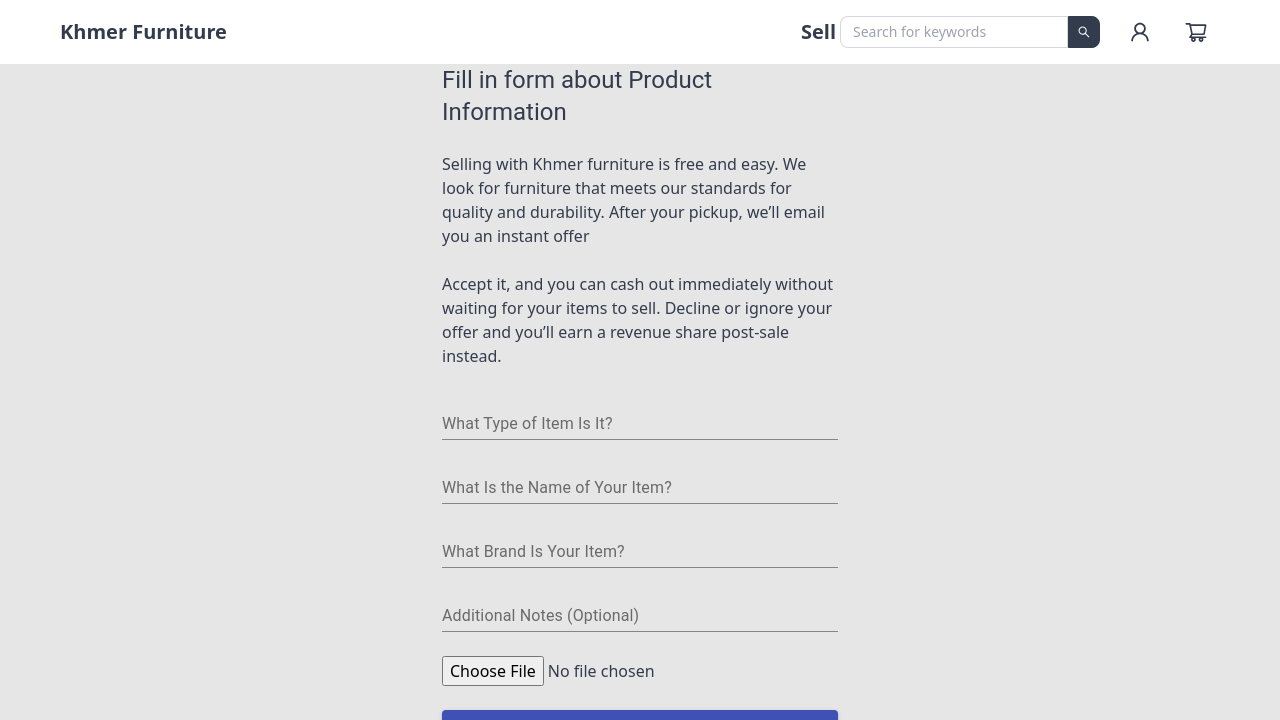
Repository: PlayerNguyen/dotot-shop
Page: /sell (app in client/)
These files come from the project's save history. The page is drawn as it stood at one moment and after the next save; the edit follows.
The browser window is 1280 px wide. The pictures show the whole page.
An inner scrolling area shows only its first screen. The project was rebuilt for these pictures with package versions that can differ from the ones it lists, and the page was loaded fresh each time. Also part of the build but not shown: client/src/components/NoMatch/NoMatch.jsx, client/src/components/Sell/UserDetails.js, client/src/components/Sell/Confirmation.js, client/src/components/Sell/Success.js.

Above is the page before, as saved 2022-12-08 13:12:09.

### client/src/index.html
<!DOCTYPE html>
<html lang="en" data-theme="emerald">
  <head>
    <meta charset="UTF-8" />
    <meta http-equiv="X-UA-Compatible" content="IE=edge" />
    <meta name="viewport" content="width=device-width, initial-scale=1.0" />
    <title>dotot.com - Nơi mua bán đồ cũ</title>
    <link rel="stylesheet" href="./index.css" />
  </head>
  <body>
    <div id="app"></div>

    <script src="./index.js" type="module"></script>
  </body>
</html>

### client/src/index.js
import React, { Suspense } from "react";
import client from "react-dom/client";
import { BrowserRouter } from "react-router-dom";
import App from "./App";
import "./index.css";
const appElement = document.getElementById("app");
let root = client.createRoot(appElement);
import { Provider } from "react-redux";
import { store } from "./stores/globalStore";

root.render(
  <React.StrictMode>
    <BrowserRouter>
      <Provider store={store}>
        <App />
      </Provider>
    </BrowserRouter>
  </React.StrictMode>
);

### client/src/App.jsx
import React, { Suspense } from "react";
import { ToastContainer } from "react-toastify";
import { Link, Route, Routes } from "react-router-dom";
const Home = React.lazy(() => import("./components/Home/Home"));
const Credentials = React.lazy(() =>
  import("./components/Credentials/Credentials")
);
import "react-toastify/dist/ReactToastify.css";
const SignUp = React.lazy(() => import("./components/Credentials/SignUp"));
const SignIn = React.lazy(() => import("./components/Credentials/SignIn"));
import Navbar from "./components/Navbar/Navbar";
const SignOut = React.lazy(() => import("./components/Credentials/SignOut"));
const CredentialSelection = React.lazy(() =>
  import("./components/Credentials/CredentialSelection")
);

import NoMatch from "./components/NoMatch/NoMatch";
import Footer from "./components/Footer/Footer";

const Product = React.lazy(() => import("./components/Product/Product"));
const ProductView = React.lazy(() =>
  import("./components/Product/ProductView")
);
const Profile = React.lazy(() => import("./components/Profile/Profile"));
const ProfileGeneral = React.lazy(() =>
  import("./components/Profile/ProfileGeneral")
);
const RequestSignedIn = React.lazy(() =>
  import("./components/RequestSignedIn/RequestSignedIn")
);

import { AiFillHome, AiOutlineUser } from "react-icons/ai";
const Checkout = React.lazy(() => import("./components/Checkout/Checkout"));

import Sell from "./components/Sell/Sell";

export default function App() {
  return (
    <div className="drawer bg-base-200">
      <input id="app-drawer" type="checkbox" className="drawer-toggle" />

      <div className="drawer-content flex flex-col">
        {/* Navbar */}
        <Suspense>
          <Navbar />
        </Suspense>

        {/* Render home */}
        <Routes>
          <Route path="/">
            <Route
              index
              element={
                <Suspense>
                  <Home />
                </Suspense>
              }
            />
            <Route
              path="/users"
              element={
                <Suspense>
                  <Credentials />
                </Suspense>
              }
            >
              {/* TODO: check whether user is logged in or not, to put current */}
              <Route
                index
                element={
                  <Suspense>
                    <CredentialSelection />
                  </Suspense>
                }
              />
              <Route
                path="/users/sign-up"
                element={
                  <Suspense>
                    <SignUp />
                  </Suspense>
                }
              />
              <Route
                path="/users/sign-in"
                element={
                  <Suspense>
                    <SignIn />
                  </Suspense>
                }
              />
              <Route path="/users/sign-out" element={<SignOut />} />
            </Route>
            <Route
              path="/products"
              element={
                <Suspense>
                  <Product />
                </Suspense>
              }
            >
              <Route
                path=":productId"
                element={
                  <Suspense>
                    <ProductView />
                  </Suspense>
                }
              />
            </Route>
            <Route
              element={
                <Suspense>
                  <RequestSignedIn />
                </Suspense>
              }
            >
              <Route
                path="/profile"
                element={
                  <Suspense>
                    <Profile />
                  </Suspense>
                }
              >
                <Route
                  path="/profile/general"
                  element={
                    <Suspense>
                      <ProfileGeneral />
                    </Suspense>
                  }
                />
              </Route>
            </Route>
            <Route
              path="/checkout"
              element={
                <Suspense>
                  <Checkout />
                </Suspense>
              }
            ></Route>
            <Route path="/sell" element={<Sell />} />
            <Route path="*" element={<NoMatch />} />
          </Route>
        </Routes>

        {/* Footer */}
        <Footer />
      </div>
      {/* Drawer side */}
      <div className="drawer-side">
        <label htmlFor="app-drawer" className="drawer-overlay"></label>
        <ul className="menu p-4 overflow-y-auto w-80 bg-base-100">
          <li>
            <Link to="/" className="">
              <i>
                <AiFillHome />
              </i>
              <span>Home</span>
            </Link>
          </li>

          <li>
            <Link to="/profile">
              <i>
                <AiOutlineUser />
              </i>
              <span>Users</span>
            </Link>
          </li>
        </ul>
      </div>

      <ToastContainer />
    </div>
  );
}

### client/src/stores/globalStore.ts
import { configureStore } from "@reduxjs/toolkit";
import cartSliceReducer from "../slices/CartSlice";
export const store = configureStore({
  reducer: {
    cart: cartSliceReducer,
  },
});

// Infer the `RootState` and `AppDispatch` types from the store itself
export type RootState = ReturnType<typeof store.getState>;
// Inferred type: {posts: PostsState, comments: CommentsState, users: UsersState}
export type AppDispatch = typeof store.dispatch;

### client/src/components/Navbar/Navbar.jsx
import { useState } from "react";
import {
  AiFillSetting,
  AiOutlineSearch,
  AiOutlineShoppingCart,
  AiOutlineUser,
} from "react-icons/ai";
import { ImExit } from "react-icons/im";
import { FiMenu } from "react-icons/fi";
import { Link } from "react-router-dom";

export default function Navbar() {
  const [cartSize, setCartSize] = useState(0);
  const [signedIn, setSignedIn] = useState(false);

  useState(() => {
    setSignedIn(localStorage.getItem("token") !== null);
  }, [localStorage]);

  return (
    <div className="navbar bg-base-100 lg:px-12">
      {/* Navbar start section */}
      <div className="flex flex-row lg:hidden">
        <label htmlFor="app-drawer" className="drawer-button btn btn-ghost">
          <FiMenu className="text-xl" />
        </label>
      </div>

      <div className="flex-1 px-3">
        <Link to="/">
          <h1 className="text-xl font-bold">Khmer Furniture</h1>
        </Link>
      </div>

      {/* Wide screen  */}
      <div className="hidden lg:flex flex-row gap-1 text-2xl">
      <Link to="/sell">
          <h1 className="text-xl font-bold ">Sell </h1>
          <span></span>
        </Link>
        {/* Search group */}
        <div>
          <div className=" input-group">
            <input
              className="input input-bordered input-sm"
              placeholder="Search for keywords"
            />
            <button className="btn btn-square btn-sm">
              <AiOutlineSearch />
            </button>
          </div>
        </div>
        {/* Link group */}
        <div className="menu menu-horizontal p-2 rounded-box text-md">
          {!signedIn ? (
            <li>
              <Link to={"/users/"}>
                <AiOutlineUser />
              </Link>
            </li>
          ) : (
            <li>
              <div className="dropdown dropdown-end dropdown-hover block">
                <label tabIndex={0}>
                  <AiOutlineUser />
                </label>
                <ul
                  tabIndex={0}
                  className="menu dropdown-content p-2 shadow bg-base-100 rounded-box w-52 mt-4 text-sm"
                >
                  <li className="block">
                    <Link to="/profile">
                      <AiFillSetting />
                      Profile
                    </Link>
                  </li>
                  <li className="block">
                    <Link to={`/users/sign-out`}>
                      <ImExit />
                      Sign out
                    </Link>
                  </li>
                </ul>
              </div>
            </li>
          )}

          <li>
            <Link to={"/checkout"} className="relative">
              <AiOutlineShoppingCart />
              {cartSize && cartSize > 0 ? (
                <span className="text-sm ">{cartSize}</span>
              ) : null}
            </Link>
          </li>
        </div>
      </div>

      {/* For small screen */}
      <div className="lg:hidden">
        <div className="menu menu-horizontal p-2 rounded-box text-xl">
          {/* Shopping cart */}
          <li>
            <a className="relative">
              <span>
                <AiOutlineShoppingCart />
              </span>
              {cartSize && cartSize > 0 ? (
                <span className="absolute text-sm left-2 top-2 bg-red-400 px-2 rounded-full text-white">
                  {cartSize}
                </span>
              ) : null}
            </a>
          </li>
          {/* Search */}
          <li>
            <a className="relative">
              <AiOutlineSearch />
            </a>
          </li>
        </div>
      </div>
    </div>
  );
}

### client/src/components/Footer/Footer.jsx
import React from "react";
import { AiFillFacebook, AiFillPhone } from "react-icons/ai";

export default function Footer() {
  return (
    <div className="footer-wrapper bg-zinc-800 text-zinc-100 md:px-12">
      <footer className="footer p-12 min-h-[20vh] flex flex-col gap-4 sm:flex-row  sm:gap-10">
        <div className="flex flex-col gap-1 flex-1">
          {/* <div className="font-bold text-2xl">General</div> */}
          <div className={`font-bold text-2xl`}>Contact</div>

          <div>
            <div className="flex flex-row gap-2">
              <span>
                <AiFillPhone />
              </span>
              <span className="text-zinc-400">(+84) 123456789</span>
            </div>
            {/* Social medias */}
            <div className="flex flex-row text-2xl my-1">
              <div>
                <AiFillFacebook />
              </div>
              <div>
                <AiFillFacebook />
              </div>
            </div>
          </div>
        </div>

        <div className="flex-1">
          <div className="text-2xl font-bold">References</div>
          <div className="text-zinc-400">
            <div>Policies</div>
            <div>Exchange and Refurbish</div>
            <div>Warranty</div>
          </div>
        </div>
      </footer>
    </div>
  );
}

### client/src/components/Sell/Sell.jsx
import React, { Component } from 'react'
import ProductDetails from './ProductDetails';
import UserDetails from './UserDetails';
import Confirmation from './Confirmation';
import Success from './Success';

export default class Sell extends Component{

  state = {
    step: 1,
    category: '',
    productName: '',
    brandName: '',
    firstName: '',
    lastName: '',
    country: '',
    levelOfEducation: '',
  }

  // go back to previous step
  prevStep = () => {
    const { step } = this.state;
    this.setState({ step: step - 1 });
  }

  // proceed to the next step
  nextStep = () => {
    const { step } = this.state;
    this.setState({ step: step + 1 });
  }

  // Handle fields change
  handleChange = input => e => {
    this.setState({ [input]: e.target.value });
  }

  render() {
    const { step } = this.state;
    const { category, productName, brandName, firstName, lastName, country, levelOfEducation } = this.state;
    const values = { category, productName, brandName, firstName, lastName, country, levelOfEducation }

    switch(step) {
      case 1:
        return (
          <ProductDetails
            nextStep={ this.nextStep }
            handleChange={ this.handleChange }
            values={ values }
          />
        )
      case 2:
        return (
          <UserDetails
            prevStep={ this.prevStep }
            nextStep={ this.nextStep }
            handleChange={ this.handleChange }
            values={ values }
          />
        )
      case 3:
          return (
            <Confirmation
              prevStep={ this.prevStep }
              nextStep={ this.nextStep }
              values={ values }
            />
          )
        case 4:
          return (
            <Success />
          )
      default:
          // do nothing
    }
  }

}

### client/src/slices/CartSlice.ts
import { createSlice } from "@reduxjs/toolkit";
import type { PayloadAction } from "@reduxjs/toolkit";

const cart = localStorage.getItem(
  process.env.CART_ITEM_KEY_NAME ? process.env.CART_ITEM_KEY_NAME : "cartItems"
);
const initialState = {
  items: cart ? JSON.parse(cart) : new Set(),
};

const CartSlice = createSlice({
  name: "Cart",
  initialState,
  reducers: {
    addCartItem: (state, action: PayloadAction<string>) => {
      if (!state.items.includes(action.payload)) {
        state.items = [...state.items, action.payload];
      }
    },
    removeCartItem: (state, action: PayloadAction<string>) => {
      state.items = [...state.items].filter((ele) => ele !== action.payload);
    },
    clearCartItem: (state) => {
      state.items = [];
    },
  },
});

export const { addCartItem, removeCartItem, clearCartItem } = CartSlice.actions;

export default CartSlice.reducer;

### client/src/components/Sell/ProductDetails.js
import React from 'react'
// import { makeStyles } from '@material-ui/core/styles';
import { Container, Typography, Grid, TextField, Button } from '@material-ui/core'
import { useForm } from "react-hook-form";


const ProductDetails = ({ nextStep, handleChange, values }) => {

    // for continue event listener
    const Continue = e => {
      e.preventDefault();
      nextStep();
    }
    //for upload pictures
    const { register, handleSubmit } = useForm();

    const onSubmit = async (data) => {
        const formData = new FormData();
        formData.append("file", data.file[0]);

        const res = await fetch("http://localhost:5000/upload-file", {
            method: "POST",
            body: formData,
        }).then((res) => res.json());
        alert(JSON.stringify(`${res.message}, status: ${res.status}`));
    };

    return (
      <Container  component="main" maxWidth="xs">
        <div>
          <Typography  component="h1" variant="h5" className='content-center '>
           Fill in form about Product Information
          </Typography>
          <br/>
          <div> Selling with Khmer furniture is free and easy. We look for furniture that meets our standards for quality and durability.
          After your pickup, we’ll email you an instant offer </div>
          <br/>
          <div> Accept it, and you can cash out immediately without waiting for your items to sell.
           Decline or ignore your offer and you’ll earn a revenue share post-sale instead.</div>
           <br/>
          <form>
            <Grid container spacing={2}>
                {/* Category */}
                <Grid item xs={12}>
                  <TextField
                    placeholder="Category type"
                    label="What Type of Item Is It?"
                    onChange={handleChange('category')}
                    defaultValue={values.category}
                    // variant="outlined"
                    // autoComplete="chair"
                    fullWidth
                  />
                </Grid>
                <br />
                {/* Product Name */}
                <Grid item xs={12}>
                  <TextField
                    placeholder="Product Name "
                    label="What Is the Name of Your Item?"
                    onChange={handleChange('productName')}
                    defaultValue={values.productName}
                    // variant="outlined"
                    // autoComplete="productName"
                    fullWidth
                  />
                </Grid>
                <br />
                {/* Brand Name */}
                <Grid item xs={12}>
                  <TextField
                    placeholder="Brand Name"
                    label="What Brand Is Your Item? "
                    onChange={handleChange('brandName')}
                    defaultValue={values.brandName}
                    // variant="outlined"
                    // autoComplete="password"
                    fullWidth
                    // type="password"
                  />
                </Grid>
                  {/* Additional Notes */}
              <Grid item xs={12}>
                <TextField
                  placeholder="Additional Notes (Optional)"
                  label="Additional Notes (Optional)"
                  onChange={handleChange('levelOfEducation')}
                  defaultValue={values.levelOfEducation}
                  autoComplete="Level of Education"
                  fullWidth
                />
              </Grid>
            </Grid>
            <br />
            <form onSubmit={handleSubmit(onSubmit)}>
                <input  label="Pictures of your item ? " type="file" {...register("file")} />
            </form>
            <br />

            <Button
              onClick={ Continue }
              type="submit"
              fullWidth
              variant="contained"
              color="primary"
            >
              Next
            </Button>
          </form>
        </div>
        <br/>
      </Container>
    )
  }

  export default ProductDetails

### client/tailwind.config.js
/** @type {import('tailwindcss').Config} */
module.exports = {
  content: ["./src/**/*.{html,js,ts,jsx,tsx}"],
  theme: {
    extend: {},
  },
  plugins: [require("daisyui")],
  // daisyUI config (optional)
  daisyui: {
    styled: true,
    themes: true,
    base: true,
    utils: true,
    logs: true,
    rtl: false,
    prefix: "",
    darkTheme: "dark",
  },
};

Loaded but not shown: client/src/index.css (common file)

After the next save:
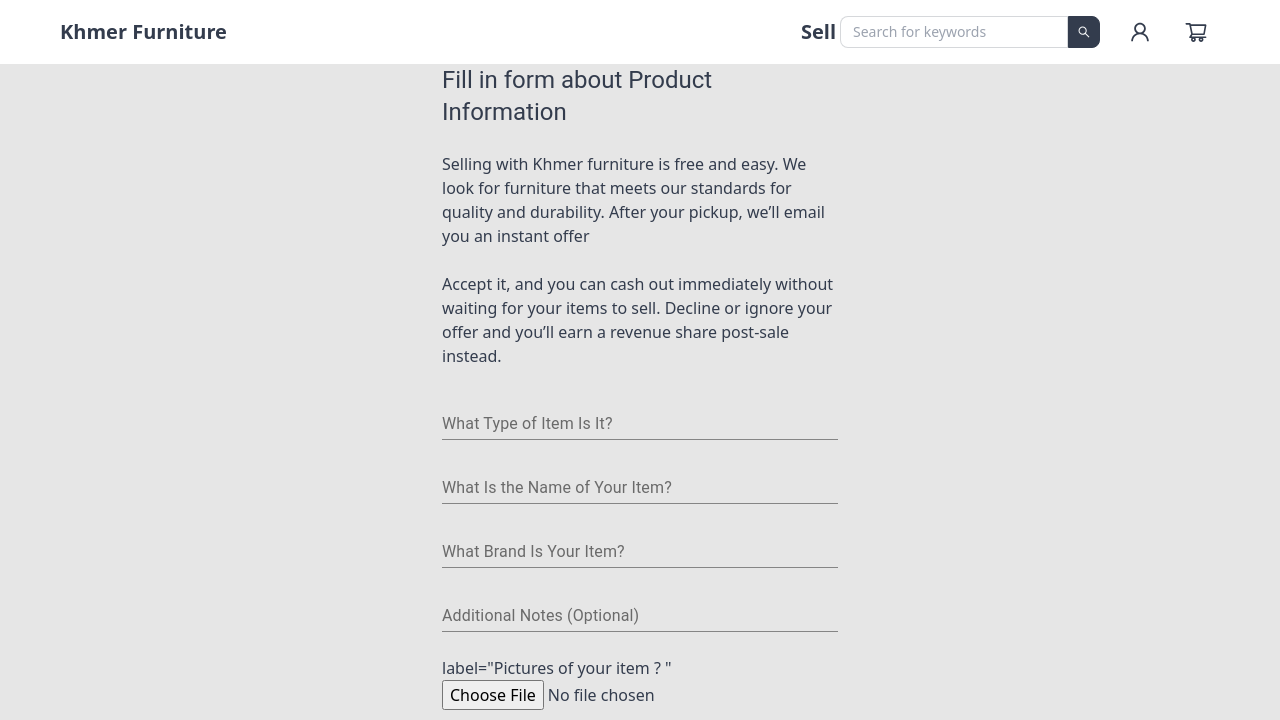
Saved 29 s later.
--- a/client/src/components/Sell/ProductDetails.js
+++ b/client/src/components/Sell/ProductDetails.js
@@ -93,7 +93,8 @@ const ProductDetails = ({ nextStep, handleChange, values }) => {
             </Grid>
             <br />
             <form onSubmit={handleSubmit(onSubmit)}>
-                <input  label="Pictures of your item ? " type="file" {...register("file")} />
+                <div> label="Pictures of your item ? " </div>
+                <input type="file" {...register("file")} />
             </form>
             <br />
 
